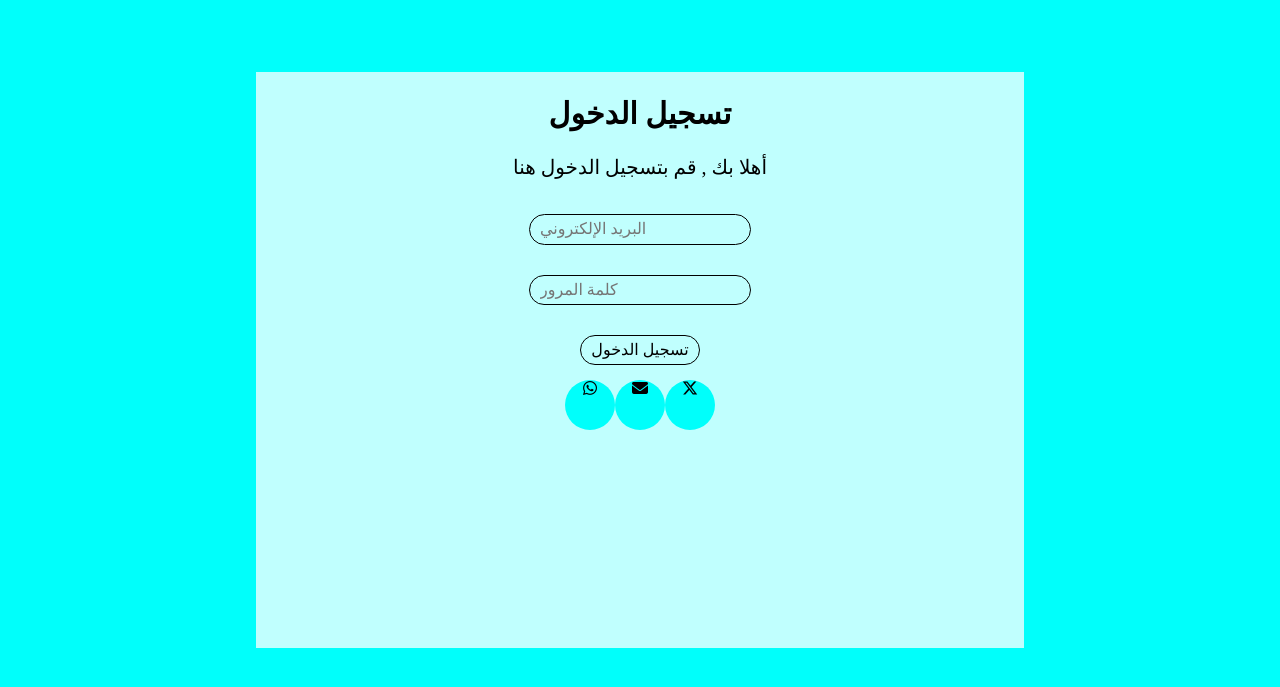
Repository: FaisalFahed/login-page
Page: html/صفحة تسجيل دخول.html
These files come from the project's save history. The page is drawn as it stood at one moment and after a run of saves; the edit follows.
The browser window is 1280 px wide. The pictures show the whole page.
Some web fonts or font styles are not loaded; a fallback is used.

Above is the page before, as saved 2025-04-01 08:42:47.

After the next 2 saves:
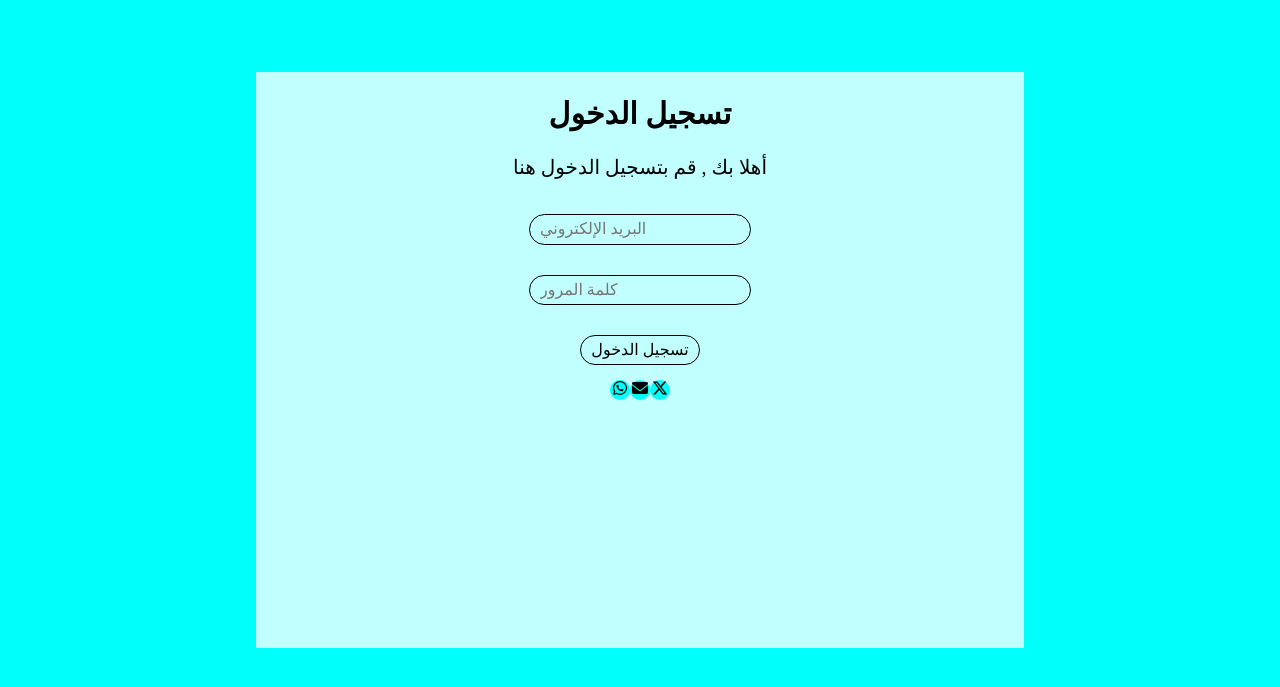
The 2 saves are shown as one change because they came seconds apart.
The last was saved 9 s later.
--- a/css/صفحة تسجيل دخول.css
+++ b/css/صفحة تسجيل دخول.css
@@ -76,8 +76,8 @@ ul{
 }
 .icons ul li a i{
     background-color: rgb(0, 255, 251);
-    width: 50px;
-    height: 50px;
+    width: 20px;
+    height: 20px;
     border-radius: 50%;
 }
 /* @media (min-width:768px){
